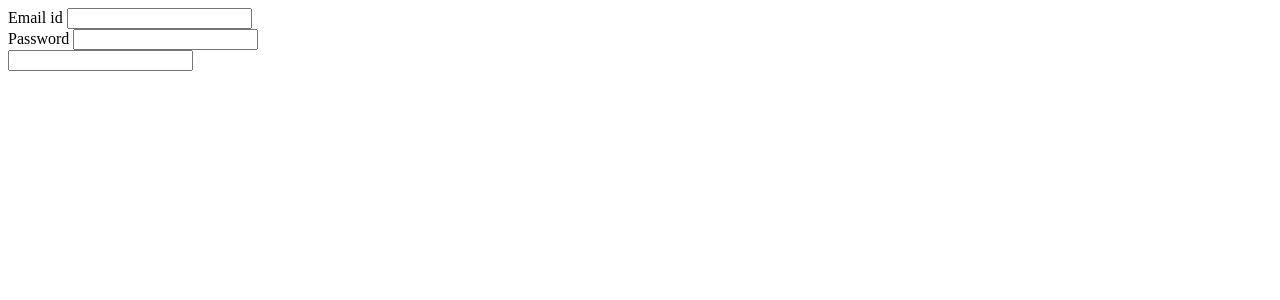
Repository: uaganesh/training
Page: http://localhost/JSPExamples/login.jsp
These files come from the project's save history. The page is drawn as it stood at one moment and after the next save; the edit follows.
The browser window is 1280 px wide. The pictures show the whole page.
The page is served by Tomcat 9.

Above is the page before, as saved 2022-08-12 02:16:32.

### JSPExamples/src/main/webapp/login.jsp
<%@ page language="java" contentType="text/html; charset=ISO-8859-1"
    pageEncoding="ISO-8859-1"%>
<!DOCTYPE html>
<html>
<head>
<meta charset="ISO-8859-1">
<title>Insert title here</title>
</head>
<body>
<form action="check.jsp" method="get">
<label>Email id </label>
<input type="email" name="email"></br>
<label>Password</label>
<input type="password" name="password"></br>
<input type="submit value="submit">
</form>
</body>
</html>

After the next save:
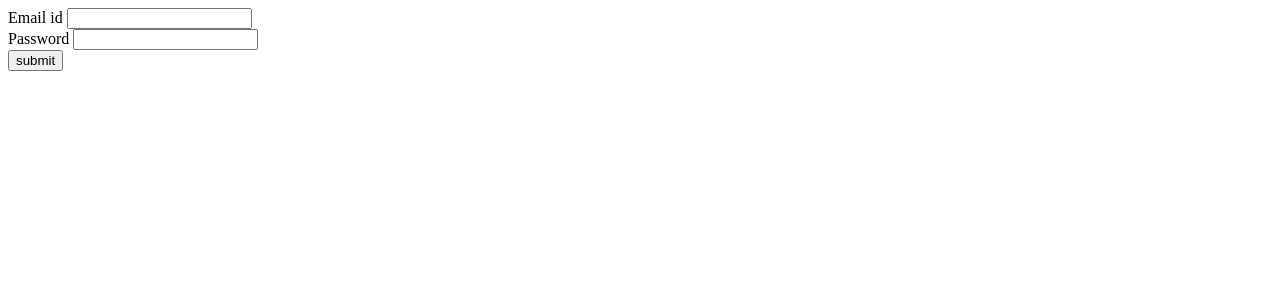
Saved 33 s later.
--- a/JSPExamples/src/main/webapp/login.jsp
+++ b/JSPExamples/src/main/webapp/login.jsp
@@ -12,7 +12,7 @@
 <input type="email" name="email"></br>
 <label>Password</label>
 <input type="password" name="password"></br>
-<input type="submit value="submit">
+<input type="submit" value="submit">
 </form>
 </body>
 </html>
